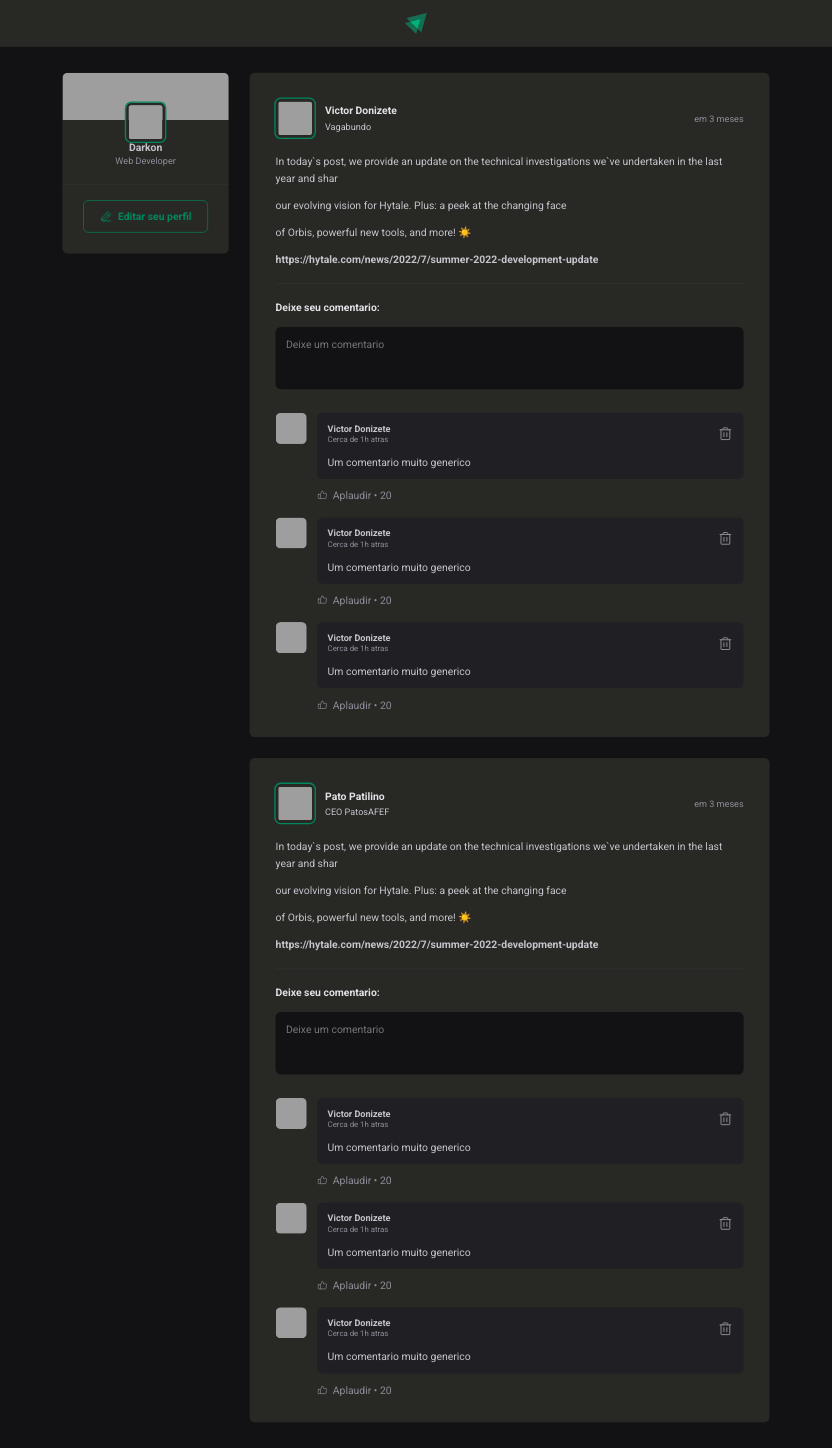
Repository: viviij/PseudoRedeSocial
Page: /
The author's editor kept a copy of each file at every save. The page is drawn from the files as they stood at one save, then again after the next save.
The browser window is 1280 px wide. The pictures show the whole page, at 65% of full size.
Pictures or frames that could not be fetched are drawn as grey boxes. The project was rebuilt for these pictures with package versions that can differ from the ones it lists, and the page was loaded fresh each time. Also part of the build but not shown: vite.config.js.

Above is the page before, as saved 2022-10-20 16:56:34.

After the next save:
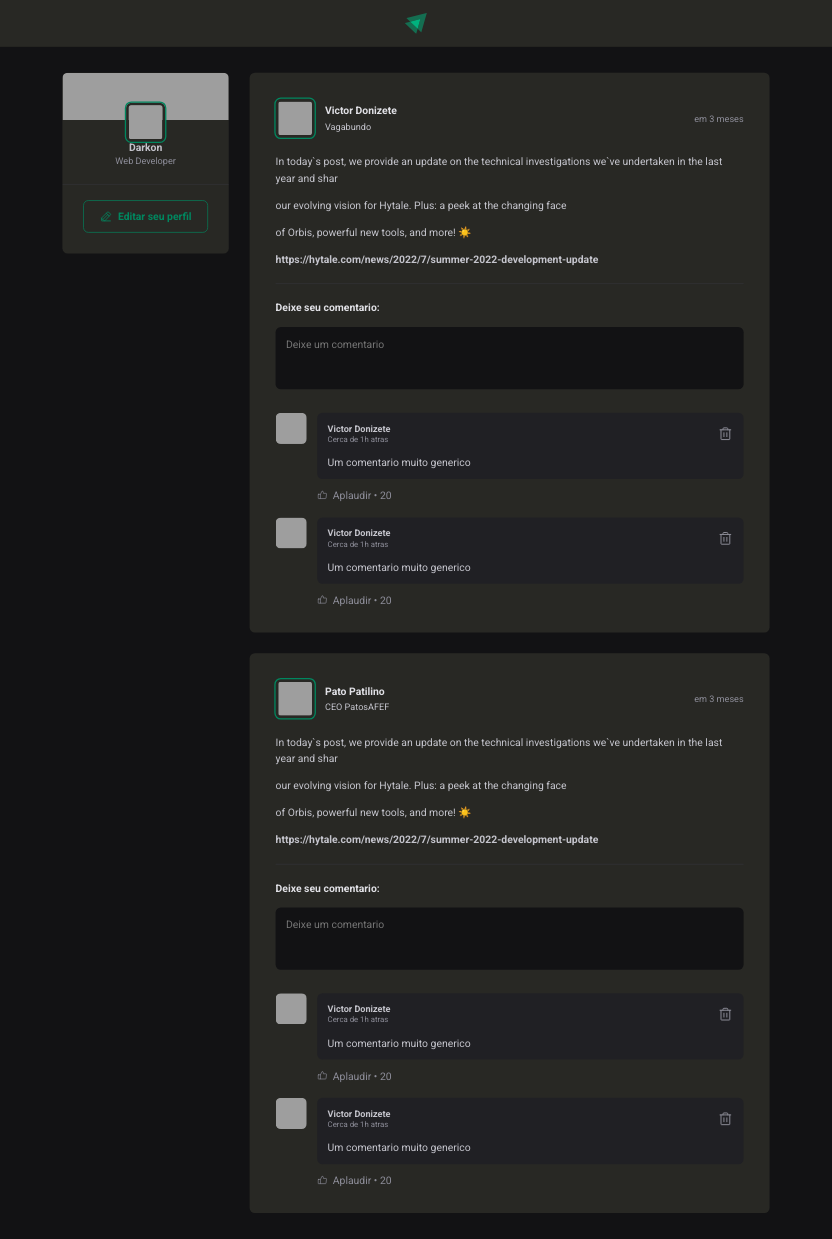
Saved 5 min 38 s later.
--- a/src/components/Post.jsx
+++ b/src/components/Post.jsx
@@ -8,10 +8,10 @@ import styles from "./Post.module.css"
 
 export function Post({ author, publishedAt, content }) {
 
-  const comments = [
+  const [comments, setComments] = useState([
     1,
     2,
-  ]
+  ])
 
   const publishedDateFormatted = format(publishedAt, "d 'de' LLLL 'às' HH:mm'h'", {
     locale: ptBR,
@@ -25,8 +25,7 @@ export function Post({ author, publishedAt, content }) {
   function createNewComment (){
     event.preventDefault()
 
-    comments.push(3)
-    console.log(comments)
+    setComments([...comments, comments.lenght + 1])
   }
   return (
     <article className={styles.post}>
@@ -64,9 +63,10 @@ export function Post({ author, publishedAt, content }) {
       </form>
 
       <div className={styles.commentList}>
-        <Comment />
-        <Comment />
-        <Comment />
+        {comments.map(comment => {
+          return <Comment />
+        })}
+
       </div>
     </article>
   )
